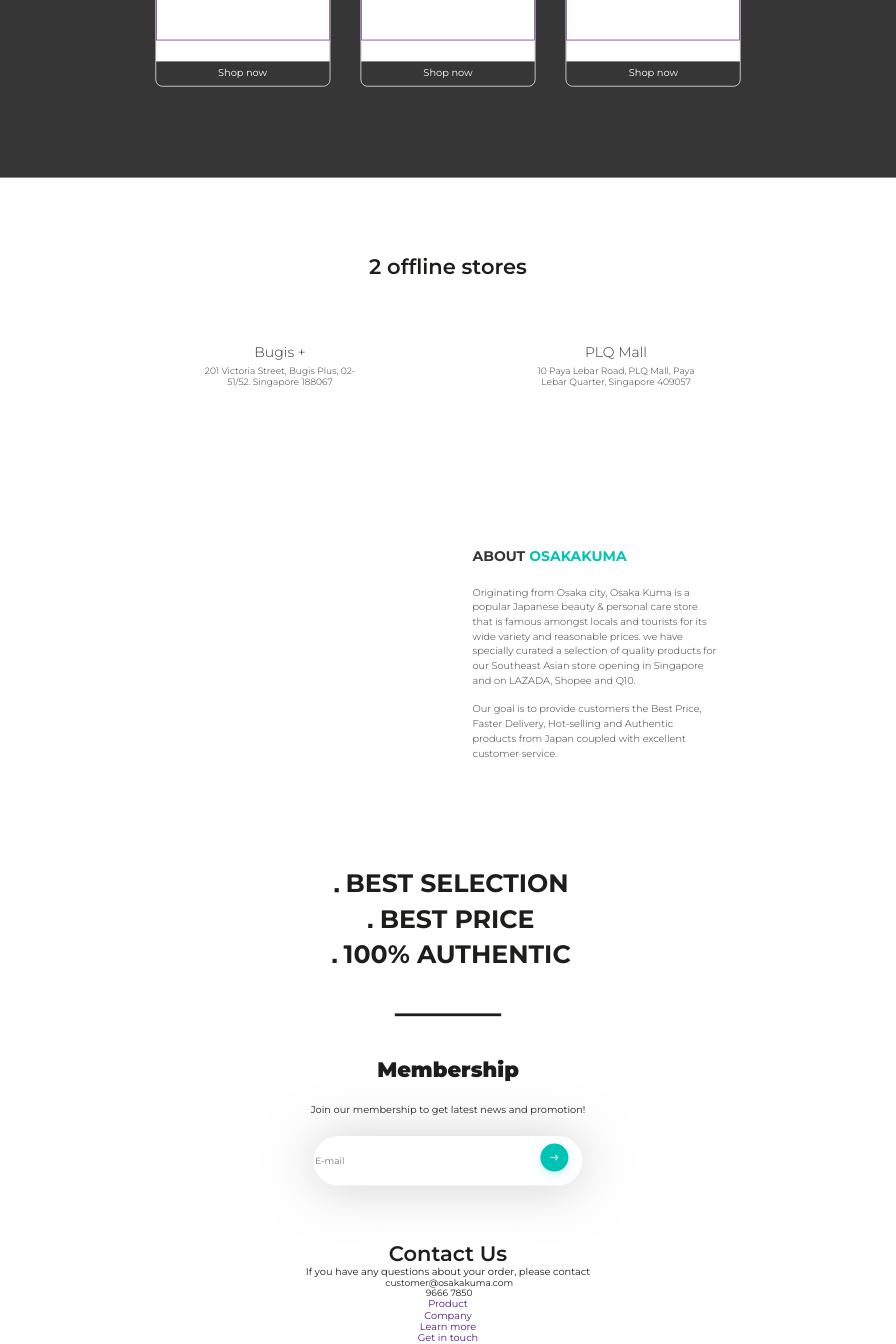
Repository: wendylw/osakakuma-landing
Page: index.html
An editor plug-in stored every save of this project. The page is shown before and after the next save, followed by the edit.
The browser window is 1280 px wide. The pictures show the part of the page from y = 1274 to 3194 px (the page is 3194 px tall before and 3173 px after), at 70% of full size.
The style sheet was rebuilt from its Sass, Less or Tailwind sources for each picture, by a compiler version that may differ from the author's.

Above is the page before, as saved 2021-03-04 04:10:01.

After the next save:
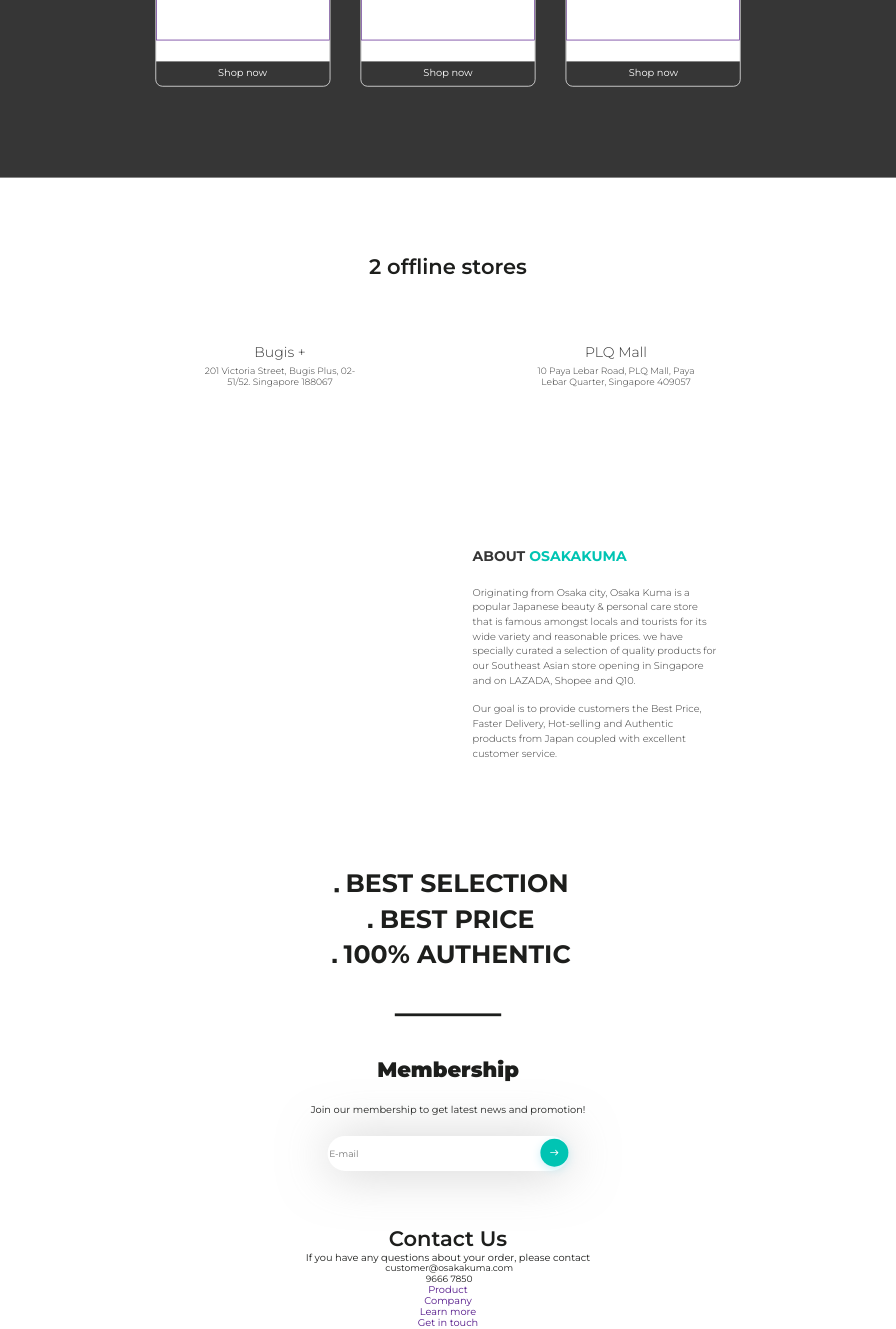
Saved 23 s later.
--- a/index.html
+++ b/index.html
@@ -184,7 +184,7 @@
         <p class="membership__description">Join our membership to get latest news and promotion!</p>
         <form class="membership__form">
           <input class="membership__input text-left text-middle" type="email" placeholder="E-mail" name="" id="">
-          <button class="text-middle">
+          <button class="text-middle membership__button">
             <img src="./img/icon-contact-us.svg" alt="">
           </button>
         </form>
